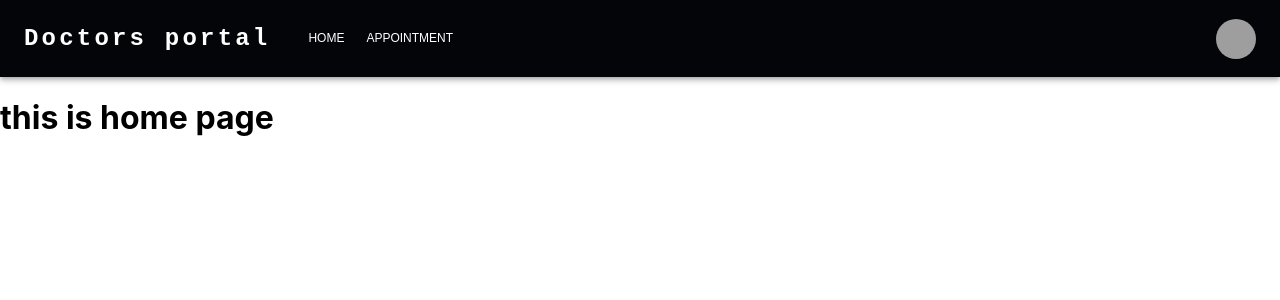
Repository: mdrubel02/health-care
Page: /
An editor plug-in stored every save of this project. The page is shown before and after the next save, followed by the edit.
The browser window is 1280 px wide. The pictures show the whole page.
Pictures or frames that could not be fetched are drawn as grey boxes. The project was rebuilt for these pictures with package versions that can differ from the ones it lists, and the page was loaded fresh each time. Also part of the build but not shown: src/Pages/Appointment/Appointment.js, src/Pages/Header/Header.css.

Above is the page before, as saved 2022-11-14 14:47:57.

After the next save:
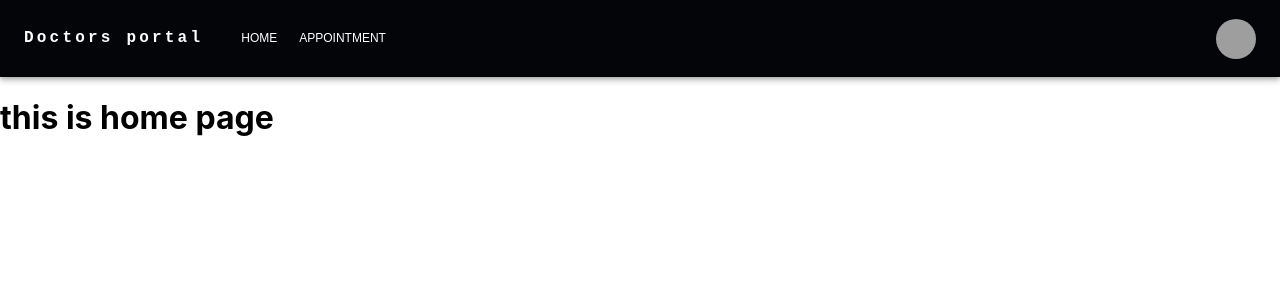
Saved 54 s later.
--- a/src/Theme/Theme.js
+++ b/src/Theme/Theme.js
@@ -223,7 +223,7 @@ export const themeSettings = (mode) => {
             h3: {
                 fontSize: '1.2rem',
                 '@media (min-width:600px)': {
-                  fontSize: '1.5rem',
+                  fontSize: '1rem',
                 },
             },
             h4: {
